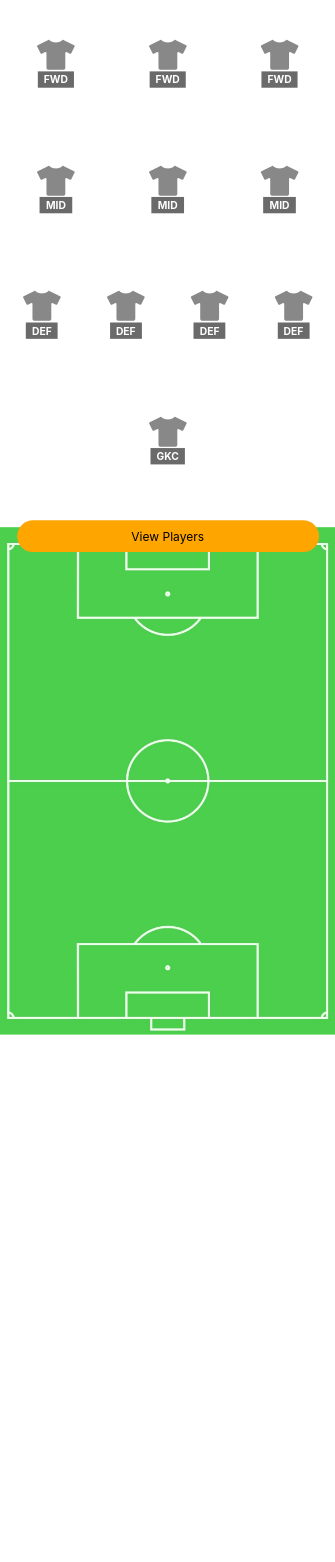
Repository: JavaidAhmadKhan/UEFA
Screen: /
The author's editor kept a copy of each file at every save. The screen is drawn from the files as they stood at one save, then again after the next save.
The pictures are shown at 86% of full size.
The app was drawn by React Native's web renderer in a window 390 px wide. The project was rebuilt for these pictures with package versions that can differ from the ones it lists, and the page was loaded fresh each time. Some packages were replaced by stand-ins written for this rebuild.

Above is the screen before, as saved 2021-07-07 11:38:49.

After the next save:
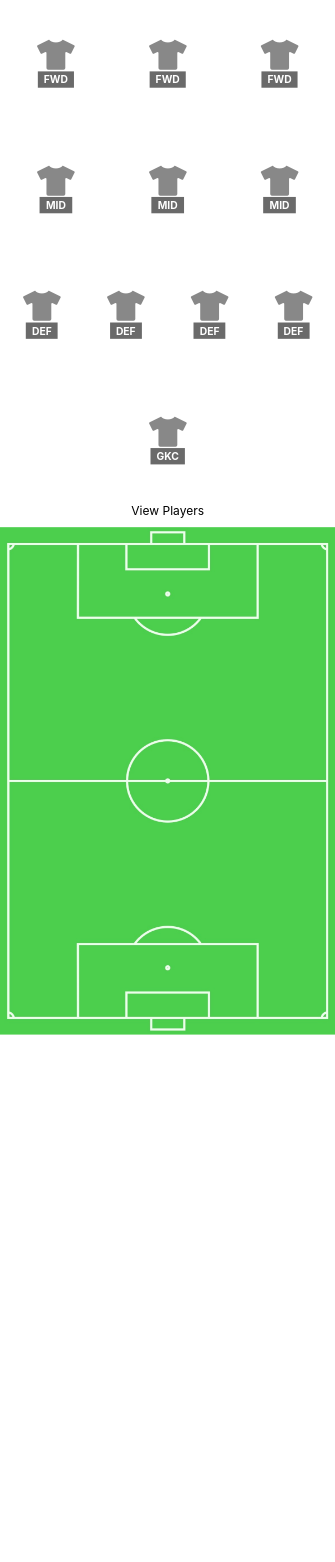
Saved 53 s later.
--- a/screens/TabOneScreen.tsx
+++ b/screens/TabOneScreen.tsx
@@ -20,12 +20,6 @@
       <Pressable
         onPress={viewPlayers}
         style={{
-          backgroundColor: "orange",
-          width: "90%",
-          margin: 20,
-          padding: 10,
-          alignItems: "center",
-          borderRadius: 50,
         }}
       >
         <Text>View Players</Text>
@@ -40,4 +34,7 @@
     alignItems: "center",
     paddingTop: Platform.OS === "android" ? 30 : 0,
   },
+  buttonContainer: {
+
+  }
 });

After the 2 saves that followed:
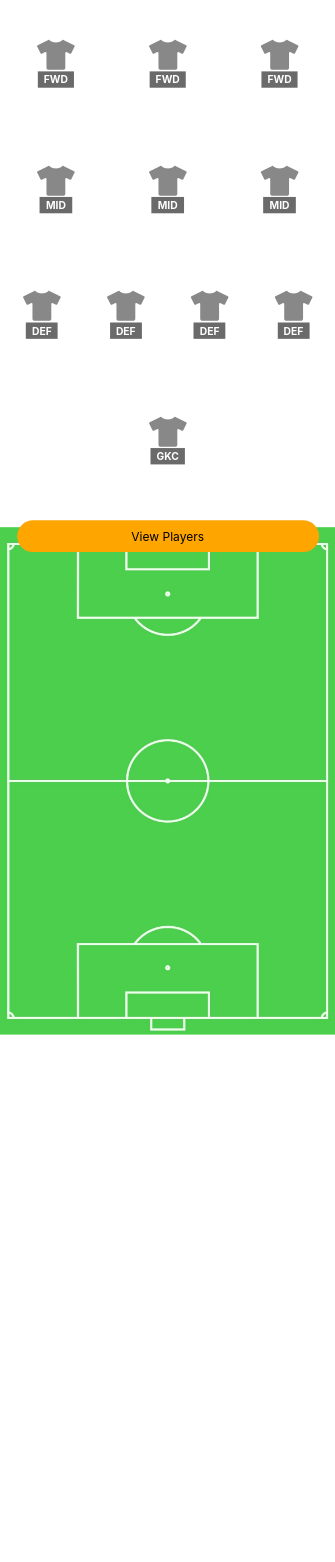
The 2 saves are shown as one change because they came seconds apart.
The last was saved 26 s later.
--- a/screens/TabOneScreen.tsx
+++ b/screens/TabOneScreen.tsx
@@ -17,11 +17,7 @@
   return (
     <SafeAreaView style={styles.container}>
       <Field />
-      <Pressable
-        onPress={viewPlayers}
-        style={{
-        }}
-      >
+      <Pressable onPress={viewPlayers} style={styles.buttonContainer}>
         <Text>View Players</Text>
       </Pressable>
     </SafeAreaView>
@@ -35,6 +31,11 @@
     paddingTop: Platform.OS === "android" ? 30 : 0,
   },
   buttonContainer: {
-
-  }
+    backgroundColor: "orange",
+    width: "90%",
+    margin: 20,
+    padding: 10,
+    alignItems: "center",
+    borderRadius: 50,
+  },
 });
